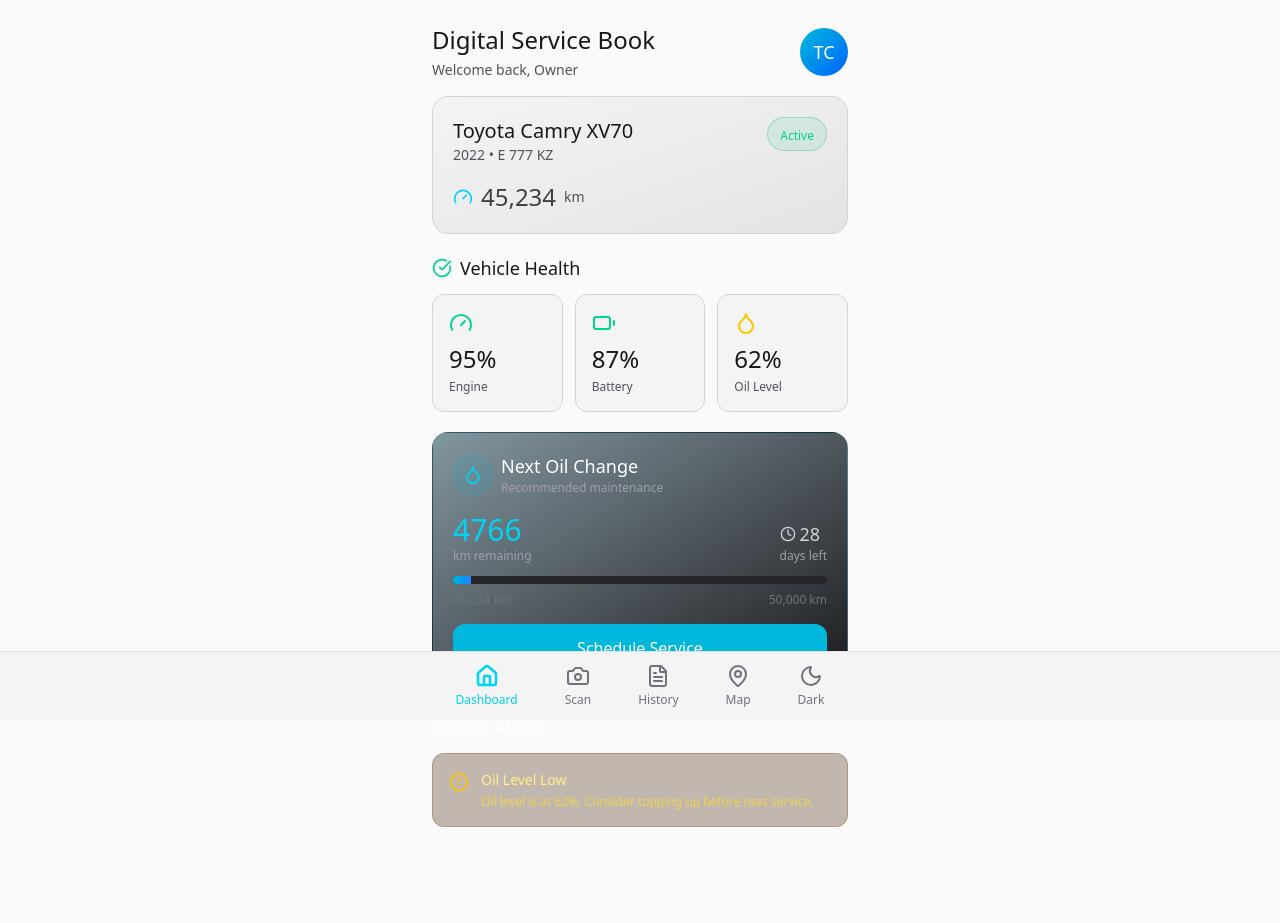
Repository: Al1GaTorr/Car_Parts_Store_MasterPO
Page: / (app in application/front/)
These files come from the project's save history. The page is drawn as it stood at one moment and after the next save; the edit follows.
The browser window is 1280 px wide. The pictures show the whole page.
The project was rebuilt for these pictures with package versions that can differ from the ones it lists, and the page was loaded fresh each time. Also part of the build but not shown: application/front/vite.config.ts, application/front/src/app/components/damage-assessment.tsx, application/front/src/app/components/service-history.tsx, application/front/src/app/components/ui/utils.ts, application/front/src/app/components/ui/badge.tsx, application/front/src/app/components/service-map.tsx.

Above is the page before, as saved 2026-01-24 22:22:16.

After the next save:
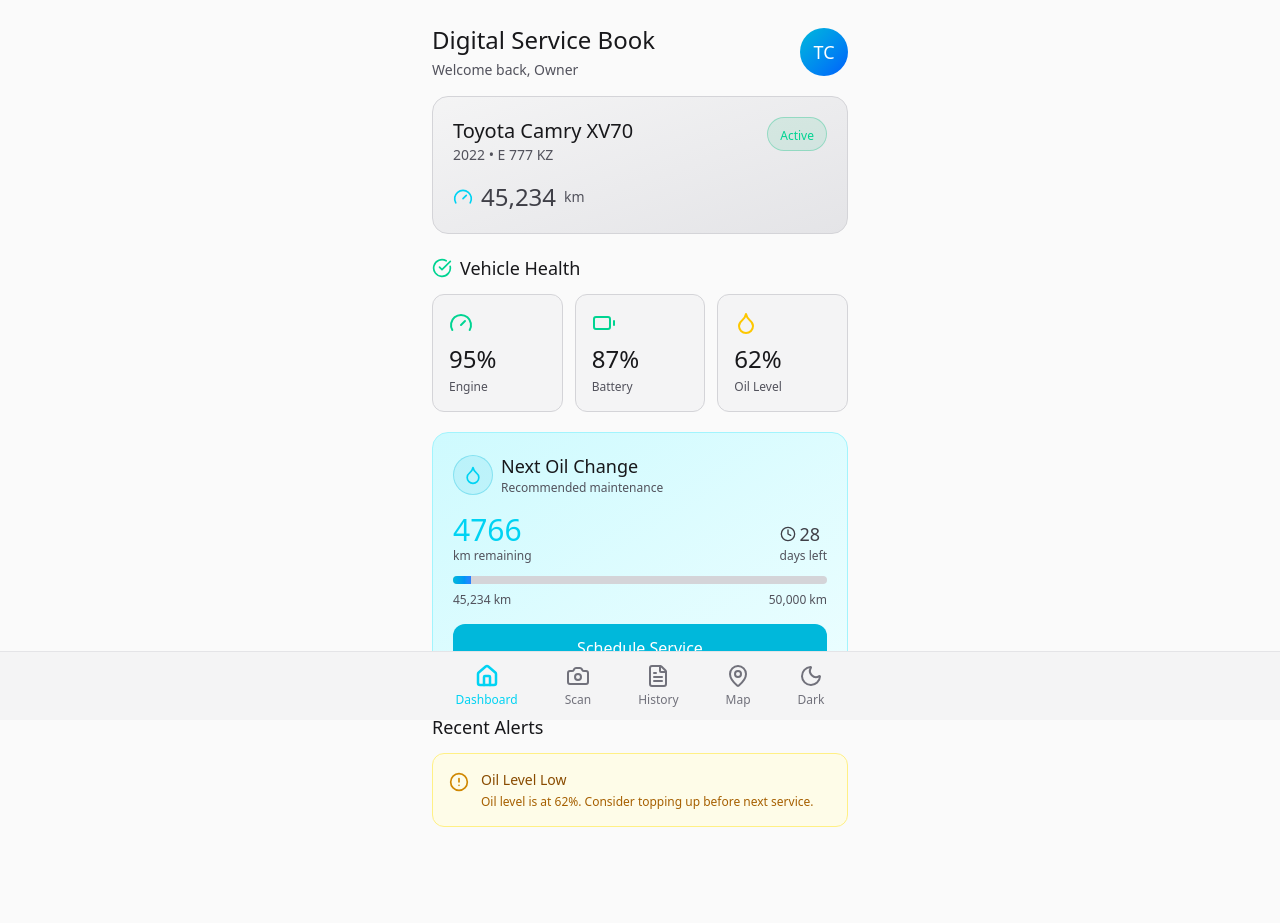
Saved 13 s later.
--- a/application/front/src/app/components/dashboard.tsx
+++ b/application/front/src/app/components/dashboard.tsx
@@ -102,15 +102,15 @@
         initial={{ opacity: 0, y: 20 }}
         animate={{ opacity: 1, y: 0 }}
         transition={{ delay: 0.4 }}
-        className="bg-gradient-to-br from-cyan-950/50 to-zinc-900 rounded-2xl p-5 border border-cyan-800/30"
+        className="bg-gradient-to-br from-cyan-100 to-cyan-50 dark:from-cyan-950/50 dark:to-zinc-900 rounded-2xl p-5 border border-cyan-200 dark:border-cyan-800/30 transition-colors"
       >
         <div className="flex items-center gap-2 mb-4">
           <div className="w-10 h-10 bg-cyan-500/10 rounded-full flex items-center justify-center border border-cyan-500/30">
             <Droplet size={20} className="text-cyan-400" />
           </div>
           <div>
-            <h3 className="text-white">Next Oil Change</h3>
-            <p className="text-xs text-zinc-400">Recommended maintenance</p>
+            <h3 className="text-zinc-900 dark:text-white">Next Oil Change</h3>
+            <p className="text-xs text-zinc-600 dark:text-zinc-400">Recommended maintenance</p>
           </div>
         </div>
 
@@ -118,25 +118,25 @@
           <div className="flex items-end justify-between">
             <div>
               <div className="text-3xl text-cyan-400">{kmRemaining}</div>
-              <div className="text-xs text-zinc-400">km remaining</div>
+              <div className="text-xs text-zinc-600 dark:text-zinc-400">km remaining</div>
             </div>
             <div className="text-right">
-              <div className="flex items-center gap-1 text-zinc-300">
+              <div className="flex items-center gap-1 text-zinc-700 dark:text-zinc-300">
                 <Clock size={16} />
                 <span className="text-lg">{oilChangeData.daysRemaining}</span>
               </div>
-              <div className="text-xs text-zinc-400">days left</div>
+              <div className="text-xs text-zinc-600 dark:text-zinc-400">days left</div>
             </div>
           </div>
 
           <div className="space-y-2">
-            <div className="h-2 bg-zinc-800 rounded-full overflow-hidden">
+            <div className="h-2 bg-zinc-300 dark:bg-zinc-800 rounded-full overflow-hidden">
               <div
                 className="h-full bg-gradient-to-r from-cyan-500 to-blue-500 transition-all"
                 style={{ width: `${progressPercent}%` }}
               />
             </div>
-            <div className="flex justify-between text-xs text-zinc-500">
+            <div className="flex justify-between text-xs text-zinc-600 dark:text-zinc-500">
               <span>{oilChangeData.currentKm.toLocaleString()} km</span>
               <span>{oilChangeData.nextChangeKm.toLocaleString()} km</span>
             </div>
@@ -159,12 +159,12 @@
         transition={{ delay: 0.5 }}
         className="mt-5"
       >
-        <h3 className="text-lg text-white mb-3">Recent Alerts</h3>
-        <div className="bg-yellow-950/30 border border-yellow-800/30 rounded-xl p-4 flex items-start gap-3">
-          <AlertCircle size={20} className="text-yellow-400 mt-0.5 flex-shrink-0" />
+        <h3 className="text-lg text-zinc-900 dark:text-white mb-3">Recent Alerts</h3>
+        <div className="bg-yellow-50 dark:bg-yellow-950/30 border border-yellow-200 dark:border-yellow-800/30 rounded-xl p-4 flex items-start gap-3 transition-colors">
+          <AlertCircle size={20} className="text-yellow-600 dark:text-yellow-400 mt-0.5 flex-shrink-0" />
           <div>
-            <div className="text-sm text-yellow-200">Oil Level Low</div>
-            <div className="text-xs text-yellow-300/70 mt-1">
+            <div className="text-sm text-yellow-800 dark:text-yellow-200">Oil Level Low</div>
+            <div className="text-xs text-yellow-700 dark:text-yellow-300/70 mt-1">
               Oil level is at 62%. Consider topping up before next service.
             </div>
           </div>
